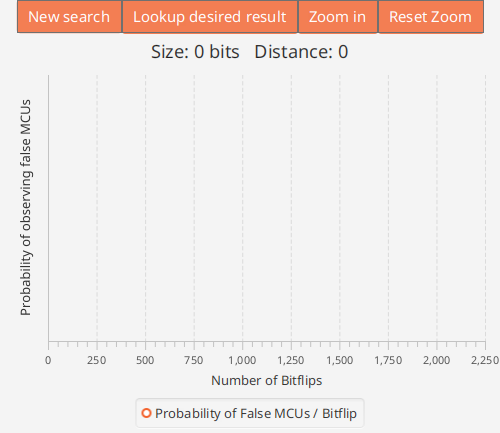
Repository: jalguacilgon/TFG-MemoryRadiation-JesusAlguacilGonzalez
Program's window: java TFG/MemoryRadiation/src/linechart/Memory.java
The author's editor kept a copy of each file at every save. The program's window is drawn from the files as they stood at one save, then again after the next save.
It runs on Java 21 on a 1366 x 768 screen with JavaFX 11; the title bar is not drawn.

Above is the program's window before, as saved 2021-09-27 16:44:24.

After the next save:
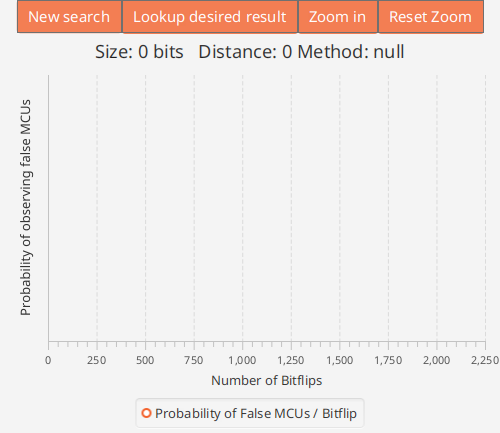
Saved 69 days later.
--- a/TFG/MemoryRadiation/src/linechart/Memory.java
+++ b/TFG/MemoryRadiation/src/linechart/Memory.java
@@ -71,7 +71,7 @@
 		yAxis.setForceZeroInRange(false);
 
 		this.lineChart = new LineChart<Number, Number>(xAxis, yAxis);
-		this.lineChart.setTitle("Size: " + this.memorySize + " bits   Distance: " + this.D);
+		this.lineChart.setTitle("Size: " + this.memorySize + " bits   Distance: " + this.D + " Method: " + this.method);
 
 		this.data.setName("Probability of False MCUs / Bitflip");
 
